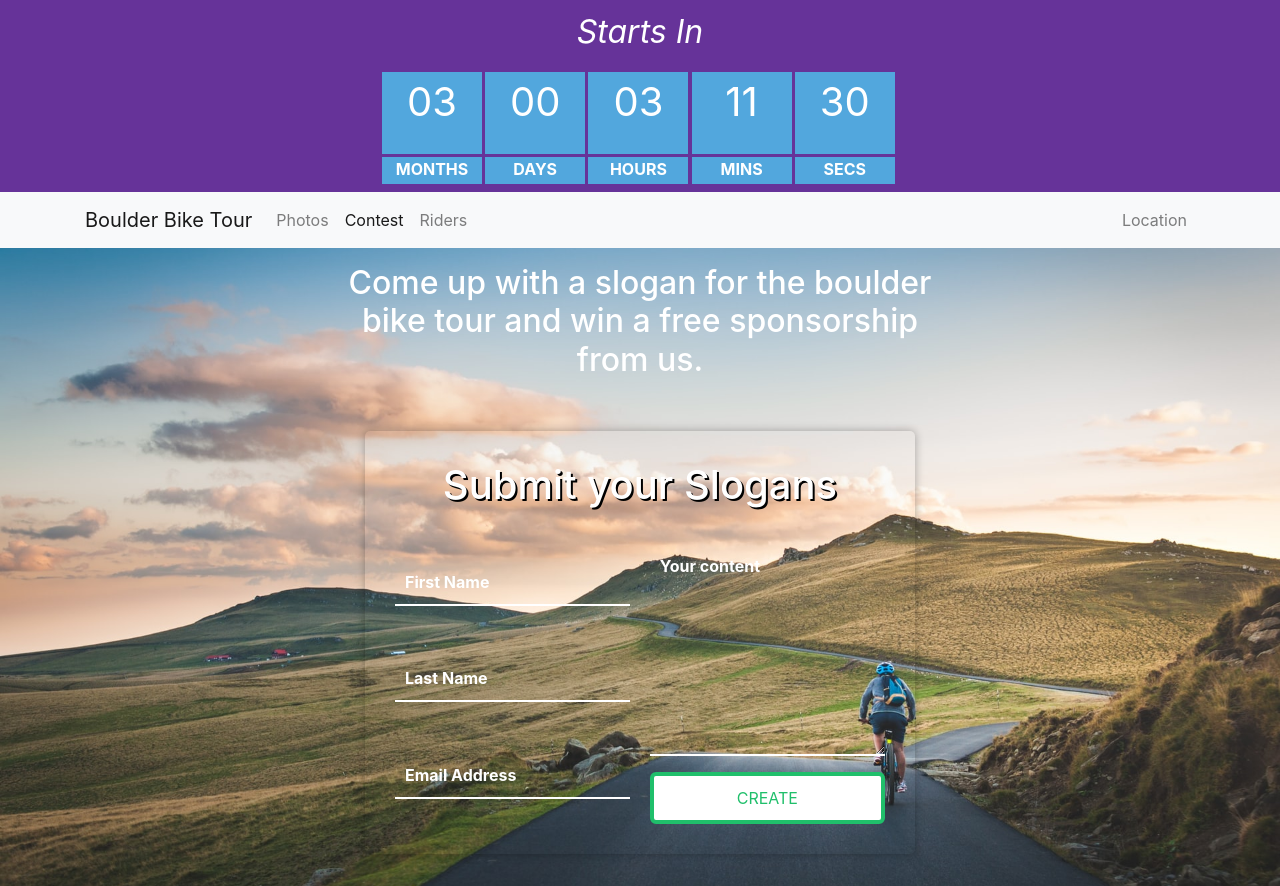
Repository: akinsikuoluwafemi/boulder_bike_tour_frontend
Page: /contest
The author's editor kept a copy of each file at every save. The page is drawn from the files as they stood at one save, then again after a run of saves.
The browser window is 1280 px wide. The pictures show the whole page.
The page's requests for data from a server got no answer. Some web libraries are served in a nearby version. The project was rebuilt for these pictures with package versions that can differ from the ones it lists, and the page was loaded fresh each time. No one was signed in, and anything a server would have sent is missing. Also part of the build but not shown: src/components/Home/LatestNews.js, src/components/Home/Winners.js, src/components/Accordions/Accordions.js, src/components/Home/FooterContent.js, src/components/Home/Home.js, src/components/Location/mapStyles.js, src/components/Spinner/Spinner.scss, src/components/Spinner/Spinner.js and 5 more.

Above is the page before, as saved 2020-08-23 07:37:01.

After the next 4 saves:
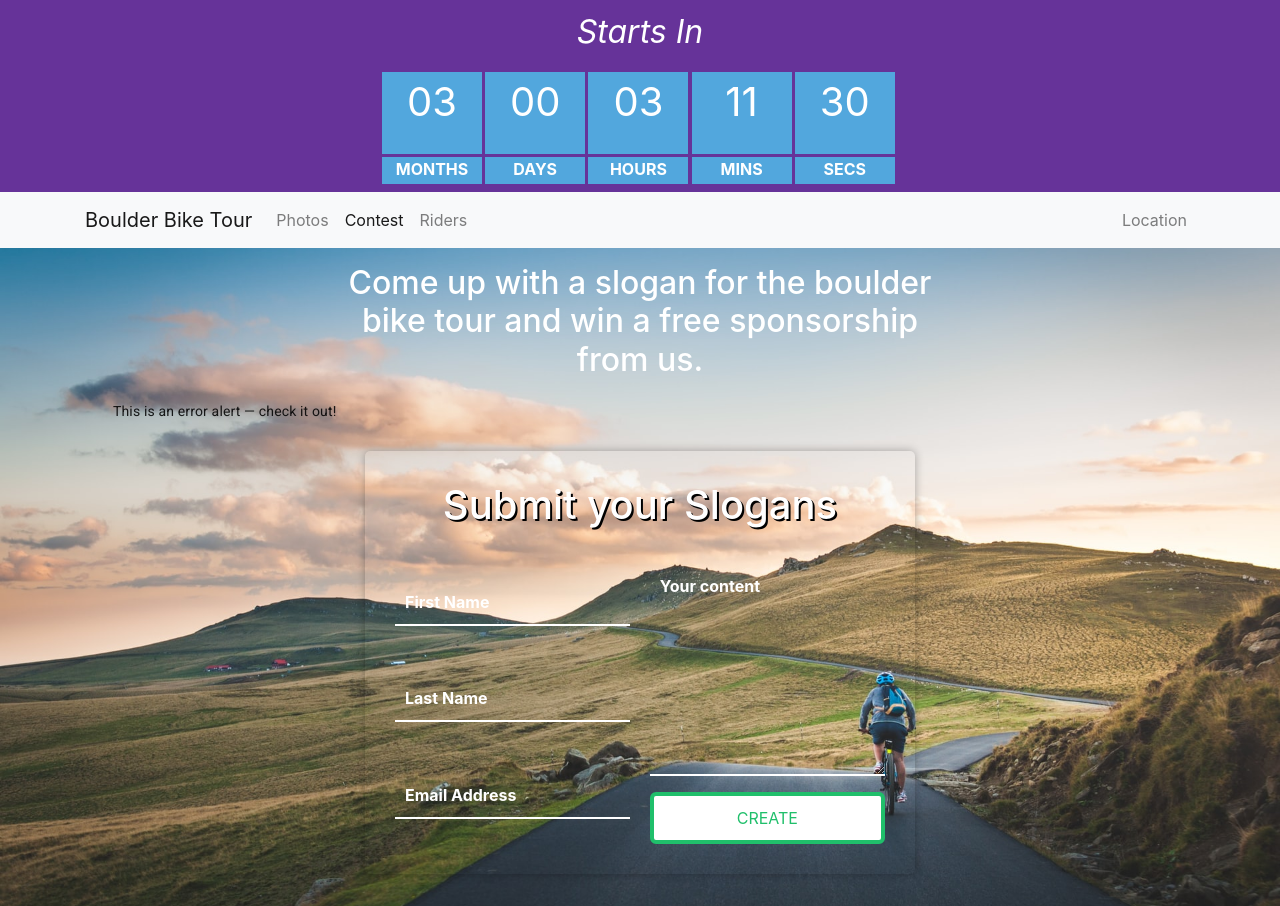
The 4 saves are shown as one change because they came seconds apart.
The last was saved 12 s later.
--- a/src/components/Contest/Contest.js
+++ b/src/components/Contest/Contest.js
@@ -70,7 +70,7 @@ const Contest = () => {
             <AlertContext.Provider value={{ alert, setAlert }}>
               {/* <Alert severity={severity}>{alertText}</Alert> */}
               <Alert severity={alert}>
-                {alert === 'sucess' ? 'This is an error alert — check it out!' : ''}
+                {alert === 'sucess' ? '': 'This is an error alert — check it out!' }
               </Alert>
 
               <div className="px-3 py-3 form-center">
